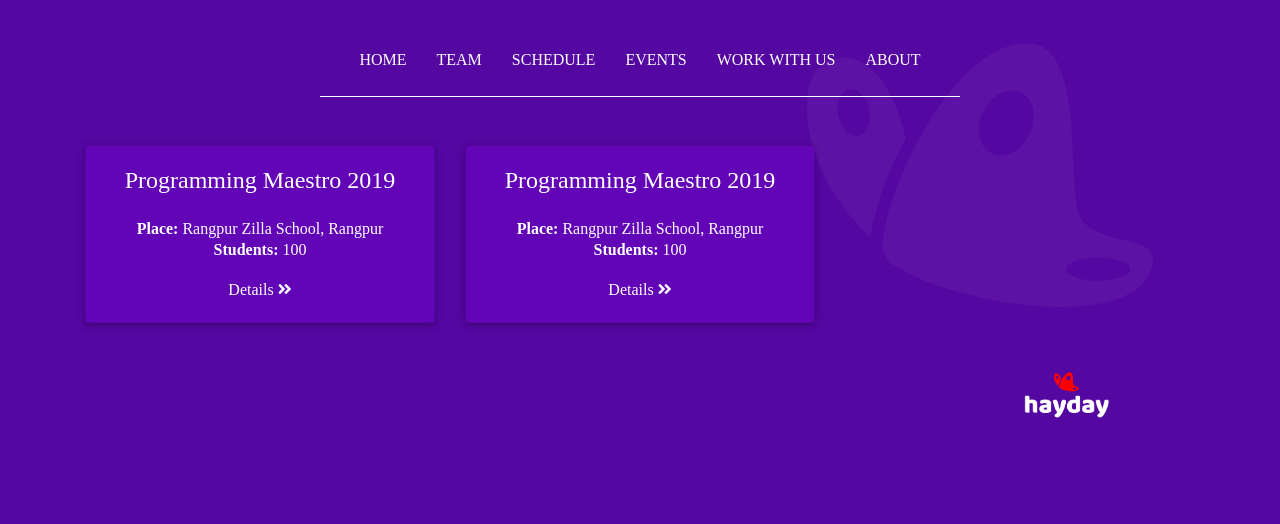
Repository: im1971/company-web
Page: event.html
These files come from the project's save history. The page is drawn as it stood at one moment and after the next save; the edit follows.
The browser window is 1280 px wide. The pictures show the whole page.
Some web fonts or font styles are not loaded; a fallback is used.

Above is the page before, as saved 2020-02-02 16:46:47.

After the next save:
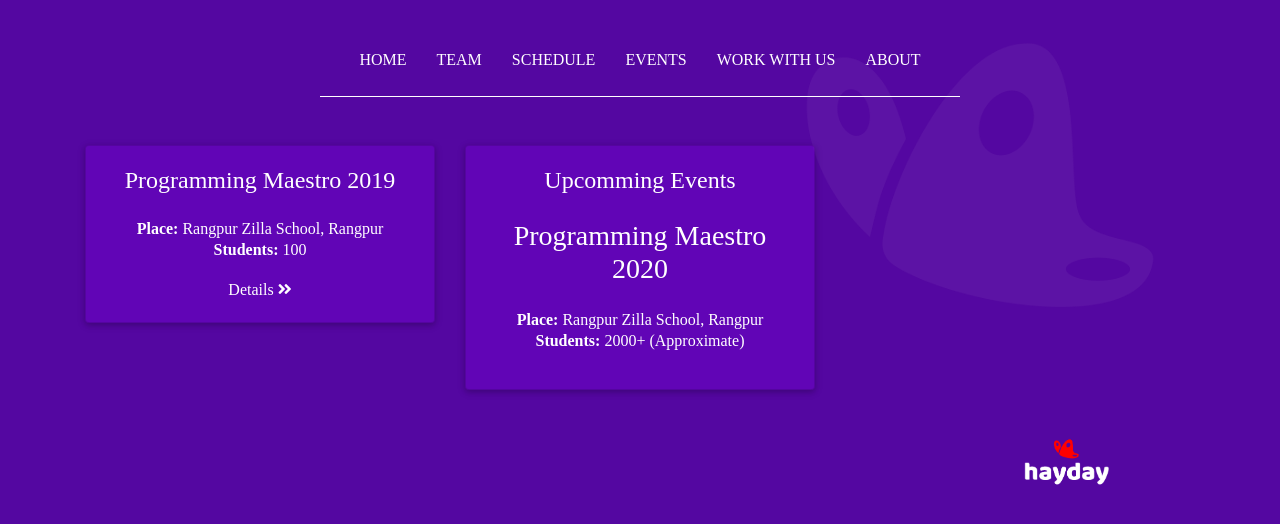
Saved 94 s later.
--- a/event.html
+++ b/event.html
@@ -72,10 +72,11 @@
                     <div class="col-md-4">
                         <div class="card wrap_event">
                             <div class="card-body">
-                                <h4 class="mb-4">Programming Maestro 2019</h4>
-                                <h6 class="mb-0"><b>Place:</b> Rangpur Zilla School, Rangpur</h6>
-                                <p><b>Students:</b> 100</p>
-                                <a class="text-white" href="2019.html">Details <i class="fas fa-angle-double-right"></i></a>
+                                <h4 class="mb-4">Upcomming Events</h4>
+                                <h3 class="mb-4">Programming Maestro 2020</h3>
+                                <h6 class="mb-0"><b>Place:</b> Rangpur Zilla School, Rangpur </h6>
+                                <p><b>Students:</b> 2000+ (Approximate)</p>
+                                <!-- <a class="text-white" href="2019.html">Details <i class="fas fa-angle-double-right"></i></a> -->
                                 <div class="back_image"></div>
                             </div>
                         </div>
